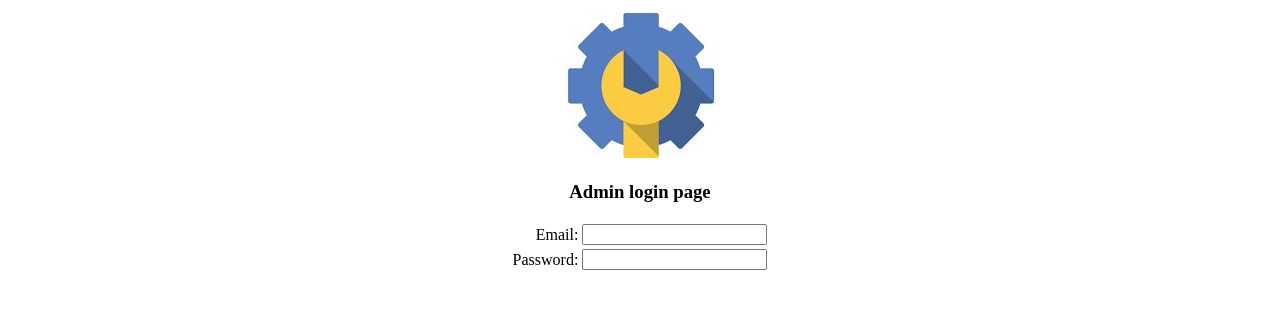
Repository: RezaEftekharzadeh/frey
Page: http://localhost/SilencerStoreProject/admin/login.jsp
The author's editor kept a copy of each file at every save. The page is drawn from the files as they stood at one save, then again after the next save.
The browser window is 1280 px wide. The pictures show the whole page.
The page is served by Tomcat 9. Nobody is signed in. The application's start-up code is not run.

Above is the page before, as saved 2020-07-22 14:47:39.

After the next save:
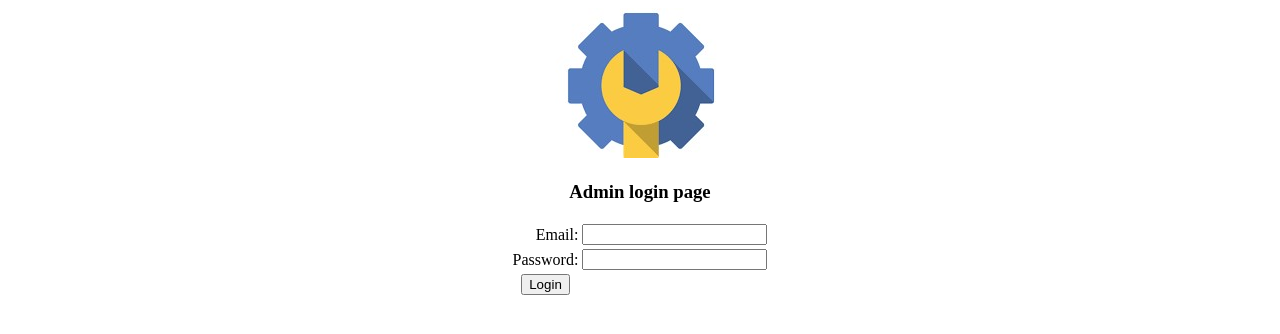
Saved 96 s later.
--- a/SilencerStoreProject/WebContent/admin/login.jsp
+++ b/SilencerStoreProject/WebContent/admin/login.jsp
@@ -25,6 +25,10 @@
 				<td align="left"><input type="password" name="password" id="password"></td>
 			</tr>
 
+			<tr>
+				<td align="center"><input type="submit" value="Login"></td>
+			</tr>
+
 		</table>
 
 	</form>
